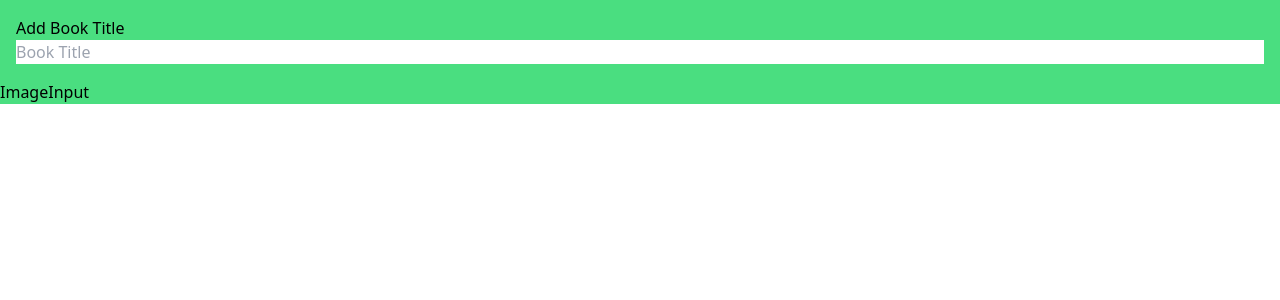
Repository: Marhamat92/booksappwithcontext
Page: /
An editor plug-in stored every save of this project. The page is shown before and after the next save, followed by the edit.
The browser window is 1280 px wide. The pictures show the whole page.
The project was rebuilt for these pictures with package versions that can differ from the ones it lists, and the page was loaded fresh each time. Also part of the build but not shown: src/App.css.

Above is the page before, as saved 2022-12-07 13:58:13.

### src/App.tsx
import "./App.css";
import ImageInput from "./components/Inputs/ImageInput";
import TextInput from "./components/Inputs/TextInput";

function App() {
  return (
    <div>
      <div className='bg-green-400'>
        <TextInput label='Add Book Title' placeholder='Book Title' />
        <ImageInput />
      </div>
    </div>
  );
}

export default App;

### src/components/Inputs/ImageInput.tsx
import React from "react";

type Props = {};

function ImageInput({}: Props) {
  return <div>ImageInput</div>;
}

export default ImageInput;

### src/components/Inputs/TextInput.tsx
import React from "react";

type Props = {
  label: string;
  placeholder: string;
};

function TextInput({ label, placeholder }: Props) {
  return (
    <div className='flex flex-col px-4 py-4'>
      <label htmlFor='text'>{label}</label>
      <input type='text' placeholder={placeholder} />
    </div>
  );
}

export default TextInput;

Loaded but not shown: public/index.html (common file); src/index.tsx (common file); src/index.css (common file); tailwind.config.js (common file)

After the next save:
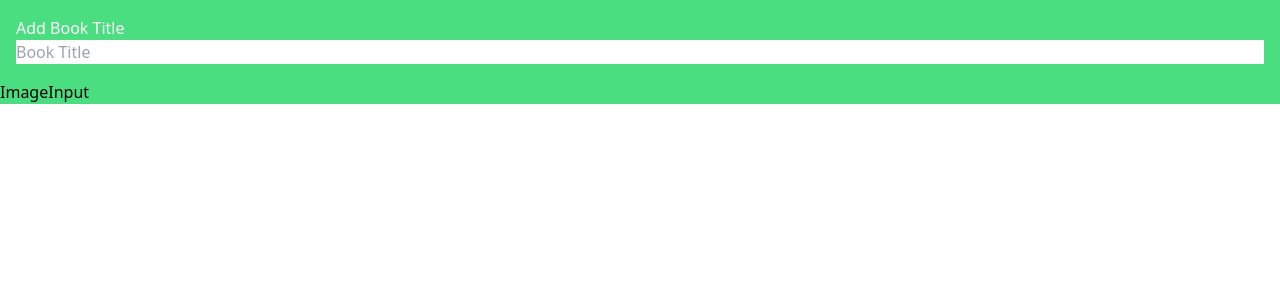
Saved 24 s later.
--- a/src/components/Inputs/TextInput.tsx
+++ b/src/components/Inputs/TextInput.tsx
@@ -8,7 +8,9 @@ type Props = {
 function TextInput({ label, placeholder }: Props) {
   return (
     <div className='flex flex-col px-4 py-4'>
-      <label htmlFor='text'>{label}</label>
+      <label className='text-white' htmlFor='text'>
+        {label}
+      </label>
       <input type='text' placeholder={placeholder} />
     </div>
   );
